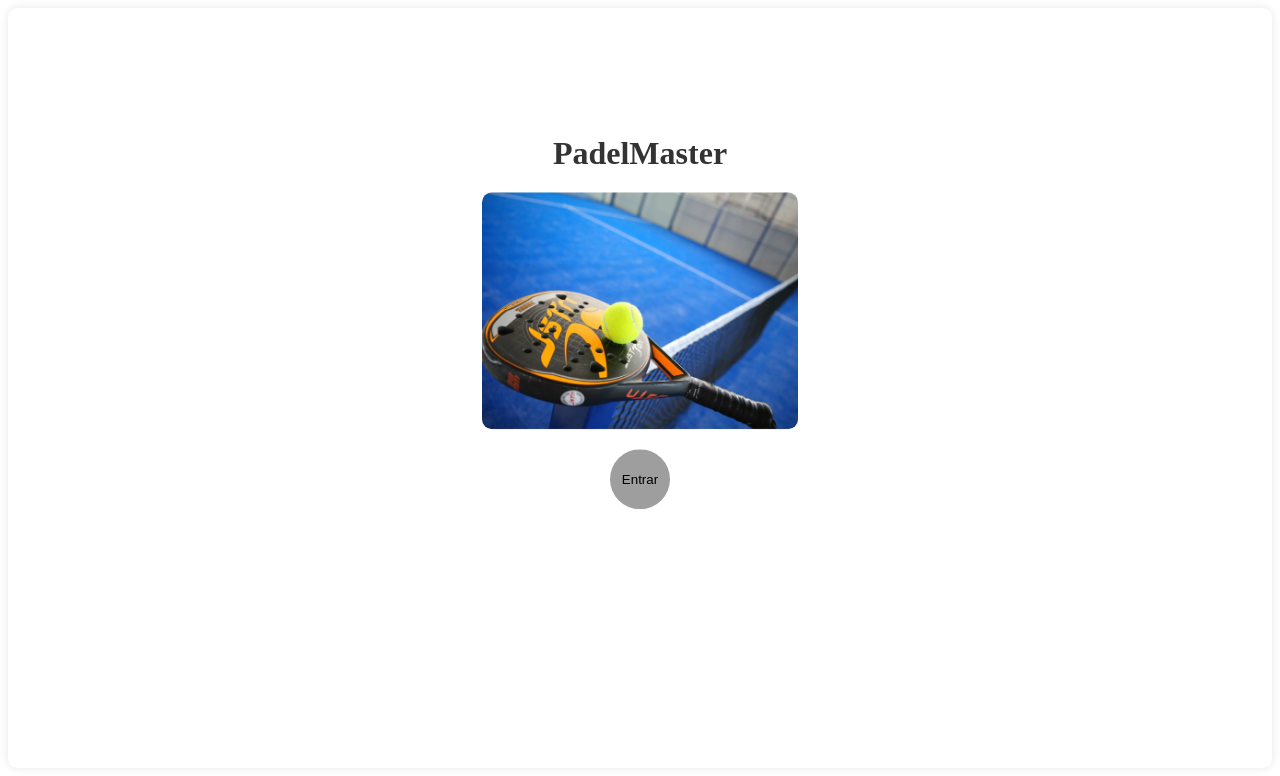
Repository: MarcioMiguel22/PadelMaster
Page: /
The author's editor kept a copy of each file at every save. The page is drawn from the files as they stood at one save, then again after the next save.
The browser window is 1280 px wide. The pictures show the whole page.
Pictures or frames that could not be fetched are drawn as grey boxes. The project was rebuilt for these pictures with package versions that can differ from the ones it lists, and the page was loaded fresh each time. Also part of the build but not shown: vite.config.ts, src/components/components_calculadora/JogadorItem.tsx, src/components/components_calculadora/JogadoresLista.tsx, src/components/components_calculadora/TrocarJogadoresButton.module.css, src/components/components_calculadora/TrocarJogadoresButton.tsx, src/components/components_calculadora/Campo.tsx, src/components/components_calculadora/Jogo.tsx, src/components/components_calculadora/Ranking.module.css and 17 more.

Above is the page before, as saved 2024-06-20 11:13:23.

After the next save:
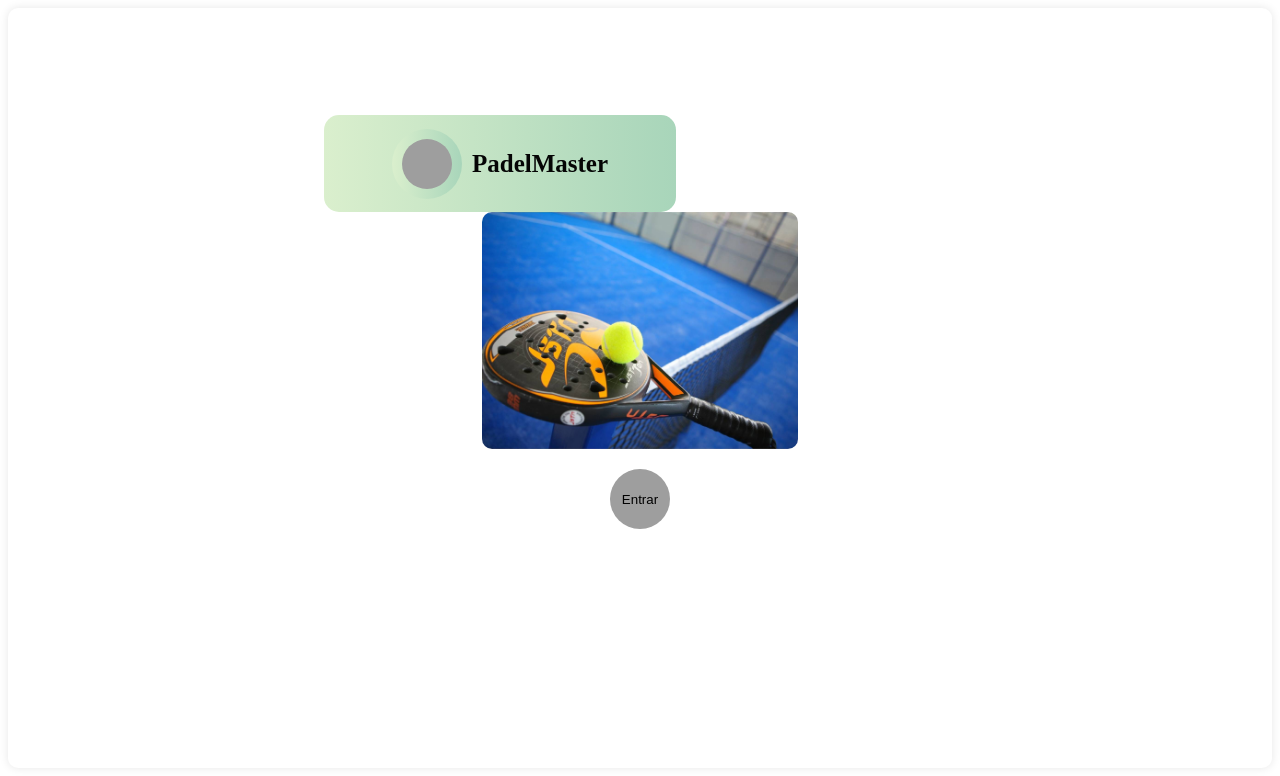
Saved 2 min 19 s later.
--- a/src/pages/Home/Home.tsx
+++ b/src/pages/Home/Home.tsx
@@ -2,14 +2,15 @@ import React from 'react';
 import { useNavigate } from 'react-router-dom';
 import styles from './Home.module.css';
 import padelImage from '../../assets/images/inicio.jpg';
-
+import Titulo from '../../components/components_calculadora/Titulo';
 const PadelPage: React.FC = () => {
   const navigate = useNavigate();
 
   return (
     <div className={styles.padelContainer}>
       <div className={styles.centeredContent}>
-        <h1>PadelMaster</h1>
+      <Titulo texto="PadelMaster" />
+
         <div className={styles.content}>
           <img src={padelImage} alt="Imagem de Padel" className={styles.padelImage} />
           <div className={styles.buttonContainer}>
